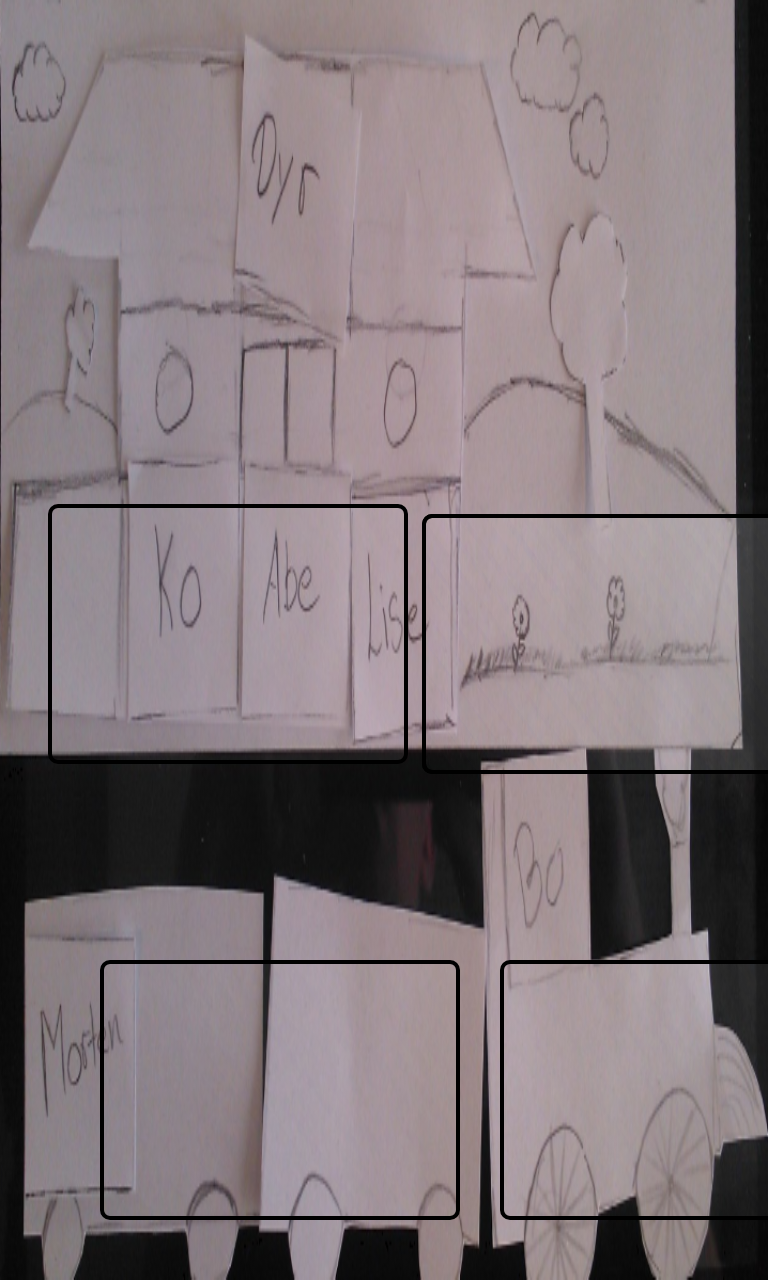
Repository: figa12/sw606f13
Layout: Source/backgroundTest/backgroundTest/res/layout/activity_main.xml
An editor plug-in stored every save of this project. The layout is shown before and after the next save, followed by the edit.
It is drawn on a 768 x 1280 px phone screen (xhdpi) without system bars, with theme AppTheme; the app's code is not run.

Above is the layout before, as saved 2013-02-28 08:56:03.

After the next save:
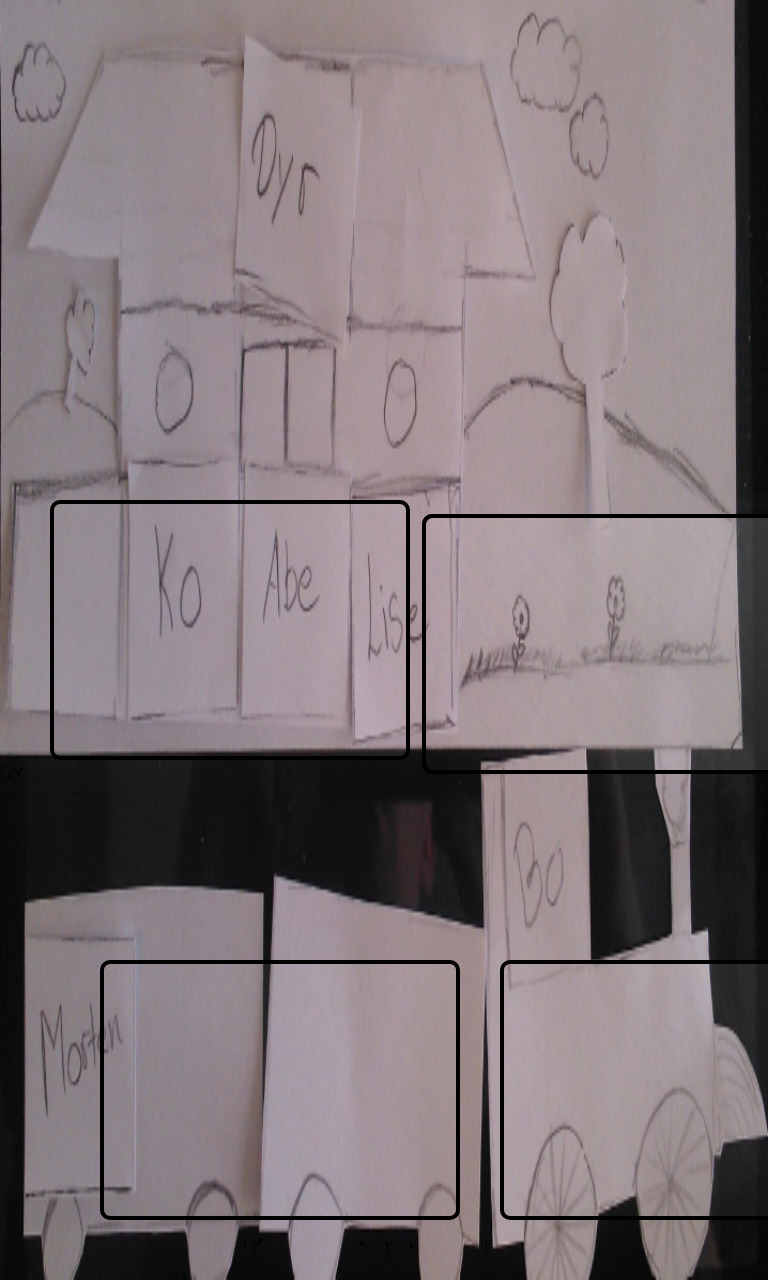
Saved 12 s later.
--- a/Source/backgroundTest/backgroundTest/res/layout/activity_main.xml
+++ b/Source/backgroundTest/backgroundTest/res/layout/activity_main.xml
@@ -13,8 +13,8 @@
         android:id="@+id/topleft"
         android:layout_width="180dp"
         android:layout_height="130dp"
-        android:layout_x="24dp"
-        android:layout_y="252dp"
+        android:layout_x="25dp"
+        android:layout_y="250dp"
         android:background="@drawable/shape"
         android:tag="1" >
     </LinearLayout>
